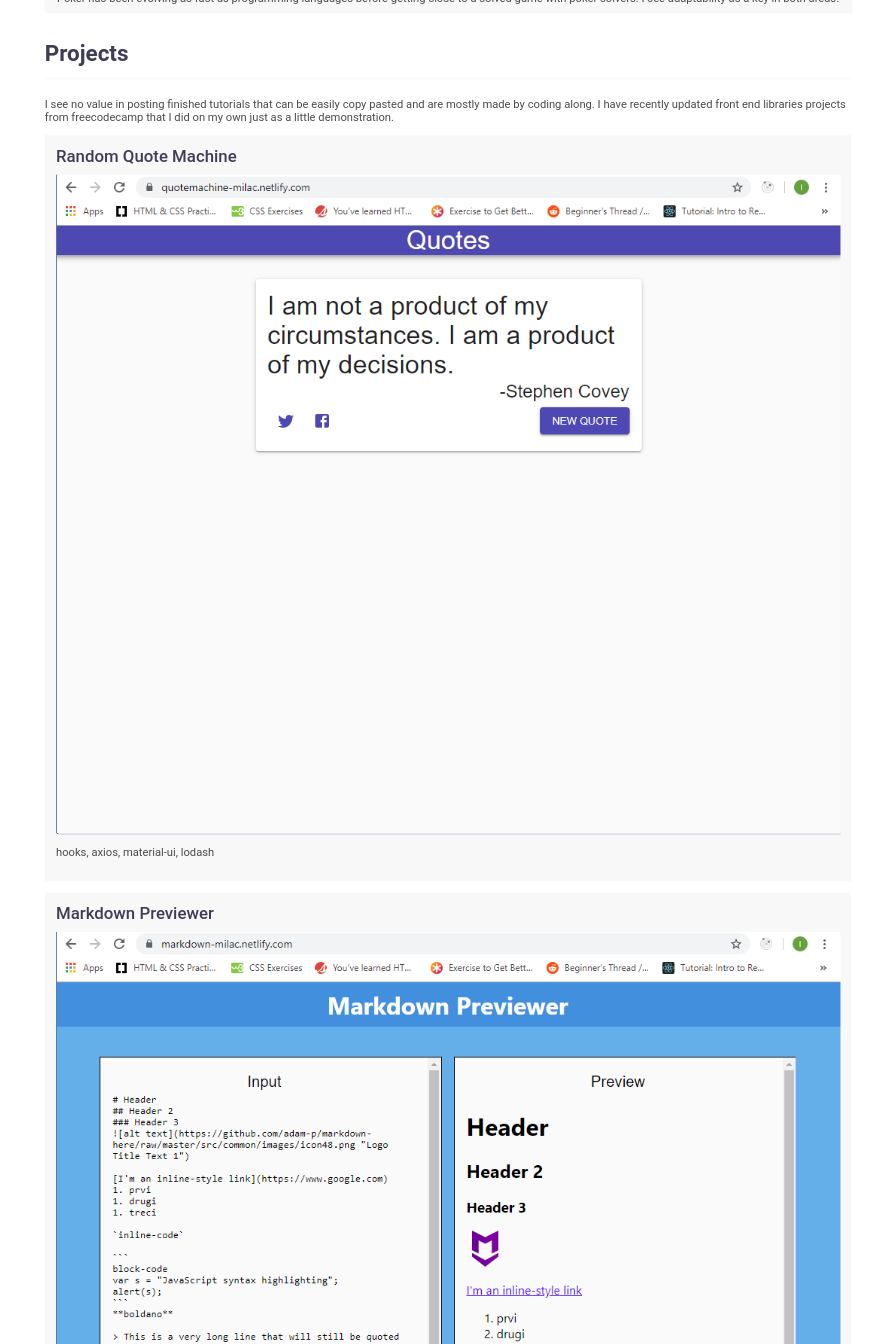
Repository: milac0/my-website
Page: /
These files come from the project's save history. The page is drawn as it stood at one moment and after the next save; the edit follows.
The browser window is 1280 px wide. The pictures show the part of the page from y = 2333 to 4253 px (the page is 7321 px tall before and 4507 px after), at 70% of full size.
The project was rebuilt for these pictures with package versions that can differ from the ones it lists, and the page was loaded fresh each time. Also part of the build but not shown: src/components/formContact.module.css, src/components/FormContact.js, src/pages/contact.module.css, src/pages/Contact.js. Imported but missing from the stored project, and not drawn on this page: src/resume.pdf.

Above is the page before, as saved 2019-10-24 20:16:49.

### public/index.html
<!DOCTYPE html>
<html lang="en">
  <head>
    <meta charset="utf-8" />
    <link rel="icon" href="%PUBLIC_URL%/favicon.ico" />
    <meta name="viewport" content="width=device-width, initial-scale=1" />
    <meta name="theme-color" content="#000000" />
    <meta
      name="description"
      content="Web site created using create-react-app"
    />
    <!--
      manifest.json provides metadata used when your web app is installed on a
      user's mobile device or desktop. See https://developers.google.com/web/fundamentals/web-app-manifest/
    -->
    <link rel="manifest" href="%PUBLIC_URL%/manifest.json" />
    <!--
      Notice the use of %PUBLIC_URL% in the tags above.
      It will be replaced with the URL of the `public` folder during the build.
      Only files inside the `public` folder can be referenced from the HTML.

      Unlike "/favicon.ico" or "favicon.ico", "%PUBLIC_URL%/favicon.ico" will
      work correctly both with client-side routing and a non-root public URL.
      Learn how to configure a non-root public URL by running `npm run build`.
    -->
    <title>Mile Balenovic</title>
  </head>
  <body>
    <noscript>You need to enable JavaScript to run this app.</noscript>
    <div id="root"></div>
    <!--
      This HTML file is a template.
      If you open it directly in the browser, you will see an empty page.

      You can add webfonts, meta tags, or analytics to this file.
      The build step will place the bundled scripts into the <body> tag.

      To begin the development, run `npm start` or `yarn start`.
      To create a production bundle, use `npm run build` or `yarn build`.
    -->
  </body>
</html>

### src/index.css
html, body {
  height: 100%;
}

body {
  display: flex;
  flex-direction: column;
}

body {
  margin: 0;
  font-family: 'Roboto', sans-serif;
  -webkit-font-smoothing: antialiased;
  -moz-osx-font-smoothing: grayscale;
}

/*****
  Navbar & Hero
*****/

header,
.hero {
  background:#3F3D56;
  border-bottom: 0.1px solid #ffffff;
  text-align: center;
}

.hero {
  margin-bottom: 2em;
}

.container {
  width: 90%;
  max-width: 1200px;
  margin: 0 auto;
}

nav li {
  list-style: none;
  display: flex;
  justify-content: space-evenly;
  align-items: center;
}

.nav-item:hover {
  filter: invert(0.1);
}
nav ul {
  padding: 0;
}

.hero {
  margin-bottom: 2.5em;
}

.hero-profile {
  padding: 3em 0;
}

.hero-profile img {
  margin-bottom: 0.5em;
}

.hero-profile-title,
.hero-profile-subtitle {
  color: #ffffff;
}

.hero-profile h1 {
  margin: 0;
  font-size: 2rem;
}

.hero-profile p {
  font-size: 1rem;
  margin: 0;
  margin-top: -0.25rem;
  margin-bottom: 1.5em;
}

.hero-profile-subtitle strong {
  font-weight: 700;
  color: #61dafb;
}

.button-cta,
.button-home {
  background: #00AEA0;
  color: #1f2e3f;
  padding: 0.75em 2em;
  border: none;
  border-radius: 20px;
  font-size: 1rem;
  font-weight: 700;
  text-decoration: none;
}

.button-cta:hover,
.button-cta:focus {
  background: #00C1B1;
  color: #1f2e3f;
  cursor: pointer;
}

.button-home {
  background: #ffffff;
  border: 2px solid #1f2e3f;
  padding: 0.3em 1em;
}

.button-home:hover,
.button-home:focus {
  border: 2px solid #ffffff;
 filter: invert(0.1);
}


/*****
  Typography
*****/

h1 {
  color: #3F3D56;
}

h2 {
  color: #3F3D56;
  font-size: 1.5rem;
  font-weight: 500;
  margin: 0;
}

p,
ul {
  color: #4a4a4a;
}

.section-skill h2 {
  color: #1F2E3F;
  font-size: 1.25rem;
  font-weight: 400;
  margin: 0;
}

.section-body {
  font-size: 1rem;
  margin-bottom: 1em;
}

#section-cta .section-title,
#section-cta .section-body {
  color: #ffffff;

}

/*****
  Layout
*****/
section {
  margin-bottom: 2.5em;
}

.section-title {
  border-bottom: 2px solid #F8F8F9;
  font-size: 2rem;
  padding-bottom: 0.5em;
}

.article-education,
.section-skill {
  box-shadow: 2px 2px #F8F8F9;
  border: 2px solid #F8F8F9;
  margin-bottom: 1em;
  padding: 0.5em;
}

.article-education li{
  margin-bottom: 0.5em;
}

.section-skill {
  background: #F8F8F9;
  text-align: center;
}

.section-skill p {
  margin: 0;
}

.section-skill-image {
  display: block;
  margin: 0 auto 1em auto;
  height: 240px;

  width: 100%;
}

article {
  background: #F8F8F9;
  padding: 1em;
  margin-bottom: 1em;
}

article h2 {
  margin-bottom: 0.5em;
}

.project-image {
  display: block;
  width: 100%;
  cursor: pointer;
  border-left: 1px solid #19427A;
  border-bottom: 1px solid #19427A;
  border-radius: 0 0 0 5px;
}

.project-image:hover {
  filter: invert(0.1);
}


#section-cta {
  padding-bottom: 5em;
  background: #3F3D56;
}

#section-cta{
  text-align: center;
  padding: 0.5em;
}

#section-cta .button-cta {
  margin: 1em 0 2em 0;
}

footer {
  background: #F8F8F9;
  padding: 3em 0;
  width: 100%;
  text-align: center;
  flex-shrink: 0;
}

.invalid-feedback {
  color: #D8000C;
  font-size: 0.75rem;
  font-family: 'Roboto', sans-serif;
}

@media (min-width: 560px) {

}

### src/App.js
import React from 'react';
import {
  BrowserRouter as Router,
  Switch,
  Route,
} from "react-router-dom";
import Home from './pages/Home'
import Contact from './pages/Contact';

function App() {
  return (
      <Router>
        <Switch>
        <Route path ="/" exact component={Home} />
        <Route path ="/contact" component={Contact} />
        </Switch>
      </Router>

  );
}

export default App;

### src/pages/Home.js
import React, { Fragment } from "react";
import Navbar from "../components/Navbar";
import Hero from "../components/Hero";
import AboutMe from "../components/AboutMe";
import Education from "../components/Education";
import Experience from "../components/Experience";
import Projects from "../components/Projects";
import SectionCTA from "../components/SectionCTA";
import Footer from "../components/Footer";

const Home = () => {
  return (
    <Fragment>
      <Navbar />
      <Hero />
      <main>
        <div className="container">
          <AboutMe />
          <Education />
          <Experience />
          <Projects />
          <SectionCTA />
        </div>
      </main>
      <Footer />
    </Fragment>
  );
};

export default Home;

### src/components/Navbar.js
import React from "react";
import { Link } from "react-router-dom";

import resumeIcon from "../images/resume.png";
import linkedinIcon from "../images/linkedin.png";
import githubIcon from "../images/github.png";
import homeIcon from "../images/home.png";
import resumePdf from "../resume.pdf";

//mui
import Tooltip from "@material-ui/core/Tooltip";

const Navbar = () => {
  return (
    <header>
      <div className="container">
        <nav>
          <li>
            <ul>
              <Tooltip title="Home">
                <Link to="/">
                  <img className="nav-item" src={homeIcon} alt="home" />
                </Link>
              </Tooltip>
            </ul>
            <ul>
              <Tooltip title="Resume">
                <a href={resumePdf} download target="_self">
                  <img className="nav-item" src={resumeIcon} alt="resume" />
                </a>
              </Tooltip>
            </ul>
            <ul>
              <Tooltip title="Linkedin">
                <a
                  href="https://www.linkedin.com/in/mile-balenovi%C4%87-a4ab9188/"
                  target="_blank"
                  rel="noopener noreferrer"
                >
                  <img className="nav-item" src={linkedinIcon} alt="linkedin" />
                </a>
              </Tooltip>
            </ul>
            <ul>
              <Tooltip title="Github">
                <a
                  href="https://github.com/milac0"
                  target="_blank"
                  rel="noopener noreferrer"
                >
                  <img className="nav-item" src={githubIcon} alt="github" />
                </a>
              </Tooltip>
            </ul>
          </li>
        </nav>
      </div>
    </header>
  );
};

export default Navbar;

### src/components/Hero.js
import React from "react";
import { Link } from "react-router-dom";
import LazyLoad from "react-lazyload";
import profileImg from "../images/profile.png";

const Hero = () => {
  return (
    <div className="hero">
      <div className="container">
        <div className="hero-profile">
          <img src={profileImg} className="hero-profile-image" alt="profile" />
          <h1 className="hero-profile-title">Mile Balenovic</h1>
          <p className="hero-profile-subtitle">
            Switching career to <strong>React</strong> development
          </p>
          <Link to="/contact">
            <button className="button-cta">Contact Me!</button>
          </Link>
        </div>
      </div>
    </div>
  );
};

export default Hero;

### src/components/AboutMe.js
import React from "react";

const AboutMe = () => {
  return (
    <section>
      <h1 className="section-title">About Me</h1>
      <p className="section-body">
        <strong>
          Master of Science in Information and communication technology.
        </strong>{" "}
        Constant learning and skill growth is what motivates me, while
        problem-solving and overcoming obstacles excites me. Completely involved
        in JavaScript upon ending online poker career in March 2019.
      </p>
    </section>
  );
};

export default AboutMe;

### src/components/Education.js
import React from "react";

const Education = () => {
  return (
    <section>
      <h1 className="section-title">Education</h1>
      <article className="article-education">
        <h2>Informal education</h2>
        <p>
          Internet is full of programming materials. Sites listed down below
          helped me learn a lot about
          <strong> HTML</strong>, <strong>CSS</strong>,{" "}
          <strong>JavaScript</strong>,<strong> React</strong> and a little bit
          about other technologies from the ground up.
        </p>
        <ul>
          <li>freeCodeCamp.org</li>
          <li>Udemy courses from Andrew Mead and Maximilian Schwarzmüller</li>
          <li>
            Youtube tutorials from channels: classNameed, The Net Ninja, Travery
            Media{" "}
          </li>
          <li>MDN</li>
          <li>W3Schools</li>
          <li>stackoverflow</li>
        </ul>
      </article>
      <article className="article-education">
        <h2>Formal Education</h2>
        <ul>
          <li>
            <strong>
              University of Zagreb, Faculty of Electrical Engineering and
              Computing
            </strong>
            , Master of Science in Information and communication technology -
            Oct 2011 - Sep 2014
          </li>
          <li>
            <strong>
              University of Zagreb, Faculty of Electrical Engineering and
              Computing
            </strong>
            , Bachelor of Science in Computing - Oct 2008 - Jun 2011
          </li>
          <li>
            <strong>Technical School of Ruđer Bošković</strong> - Sep 2004 - May
            2008
          </li>
        </ul>
      </article>
    </section>
  );
};

export default Education;

### src/components/Experience.js
import React from "react";
import LazyLoad from "react-lazyload";
import analyticalImg from "../images/analytical.svg";
import patternImg from "../images/pattern.svg";
import adaptiveImg from "../images/adaptive.svg";

const Experience = () => {
  return (
    <section>
      <h1 className="section-title">Experience</h1>
      <p className="section-body">
        I have a work experience of a self-employed online poker player. You may
        be asking what does it mean to you as a potential employer. Online poker
        made me develop skills that are translatable into programming:
      </p>
      <div className="section-skill">
        <LazyLoad height={200}>
          <img
            className="section-skill-image"
            src={analyticalImg}
            alt="analytical"
          />
        </LazyLoad>
        <h2>Analytical and systematic approach</h2>
        <p>
          There is not a lot difference between finding out where error happened
          and narrowing down opponents card range.
        </p>
      </div>
      <div className="section-skill">
        <LazyLoad height={200}>
          <img className="section-skill-image" src={patternImg} alt="pattern" />
        </LazyLoad>
        <h2>Great pattern recognition</h2>
        <p>
          Everyone has a thinking pattern and it's very expressed in poker. Made
          me understand Redux and prop drilling quite easy.
        </p>
      </div>
      <div className="section-skill">
        <LazyLoad height={200}>
          <img className="section-skill-image" src={adaptiveImg} alt="" />
        </LazyLoad>
        <h2>Adaptable</h2>
        <p>
          Poker has been evolving as fast as programming languages before
          getting close to a solved game with poker solvers. I see adaptability
          as a key in both areas.
        </p>
      </div>
    </section>
  );
};

export default Experience;

### src/components/Projects.js
import React from "react";
import LazyLoad from "react-lazyload";

import quoteImg from "../images/quote.PNG";
import markdownImg from "../images/markdown.PNG";
import pomodoroImg from "../images/pomodoro.PNG";
import drumImg from "../images/drum.PNG";

const Projects = () => {
  return (
    <section>
      <h1 className="section-title">Projects</h1>
      <p className="section-body">
        I see no value in posting finished tutorials that can be easily copy
        pasted and are mostly made by coding along. I have recently updated
        front end libraries projects from freecodecamp that I did on my own just
        as a little demonstration.
      </p>
      <article>
        <h2>Random Quote Machine</h2>
        <a
          href="https://quotemachine-milac.netlify.com/"
          target="_blank"
          rel="noopener noreferrer"
        >
          <LazyLoad>
            <img className="project-image" src={quoteImg} alt="quote-machine" />
          </LazyLoad>
        </a>
        <p>hooks, axios, material-ui, lodash</p>
      </article>
      <article>
        <h2>Markdown Previewer</h2>
        <a
          href="https://markdown-milac.netlify.com/"
          target="_blank"
          rel="noopener noreferrer"
        >
          <LazyLoad>
            <img
              className="project-image"
              src={markdownImg}
              alt="markdown-previewer"
            />
          </LazyLoad>
        </a>
        <p>nothing</p>
      </article>
      <article>
        <h2>Drum Machine</h2>
        <a
          href="https://drummachine-milac.netlify.com/"
          target="_blank"
          rel="noopener noreferrer"
        >
          <LazyLoad>
            <img className="project-image" src={drumImg} alt="drum-machine" />
          </LazyLoad>
        </a>
        <p>hooks, axios, material-ui</p>
      </article>
      <article>
        <h2>Pomodoro Clock</h2>
        <a
          href="https://pomodoro-clo.netlify.com/"
          target="_blank"
          rel="noopener noreferrer"
        >
          <LazyLoad>
            <img
              className="project-image"
              src={pomodoroImg}
              alt="pomodoro clock"
            />
          </LazyLoad>
        </a>
        <p>hooks, axios, material-ui</p>
      </article>
    </section>
  );
};

export default Projects;

### src/components/SectionCTA.js
import React from "react";
import { Link } from "react-router-dom";

const SectionCTA = () => {
  return (
    <section id="section-cta">
      <h1 className="section-title">Do you like what you've read?</h1>
      <p className="section-body">
        I have plenty more to learn and with the guidance of yours more experienced
        employees I'm sure I can contribute to your company in no time.
      </p>
      <Link to="/contact">
        <button className="button-cta">Contact Me!</button>
      </Link>
    </section>
  );
};

export default SectionCTA;

### src/components/Footer.js
import React from "react";

const Footer = () => {
  return (
    <footer>
      <p> Copyright 2019</p>
    </footer>
  );
};

export default Footer;

Loaded but not shown: src/index.js (common file)

After the next save:
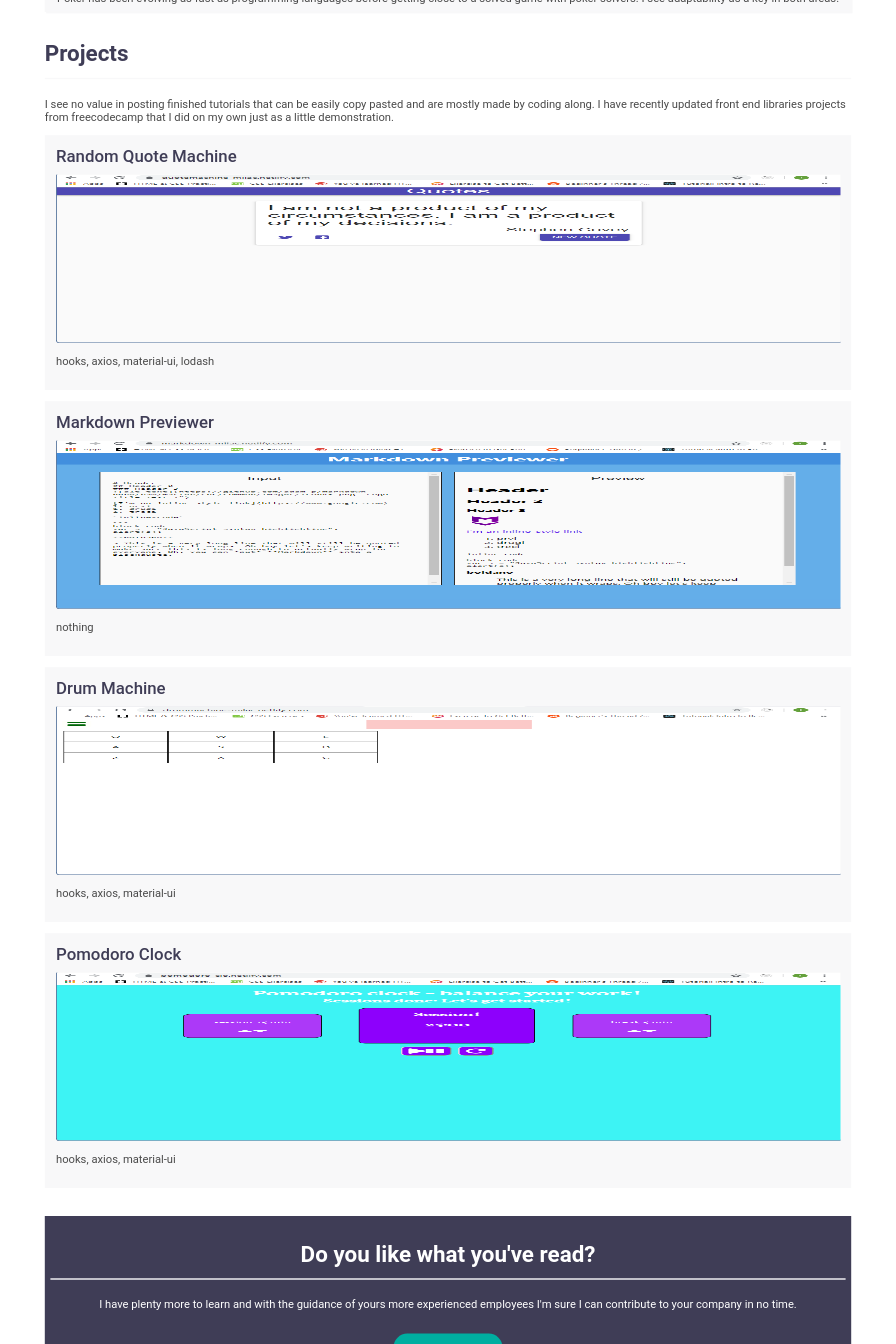
Saved 3 min 39 s later.
--- a/src/index.css
+++ b/src/index.css
@@ -207,6 +207,7 @@
 
 .project-image {
   display: block;
+  height: 240px;
   width: 100%;
   cursor: pointer;
   border-left: 1px solid #19427A;
@@ -247,6 +248,6 @@
   font-family: 'Roboto', sans-serif;
 }
 
-@media (min-width: 560px) {
-
-}
+@media (min-width: 752px) {
+
+}

After the 2 saves that followed:
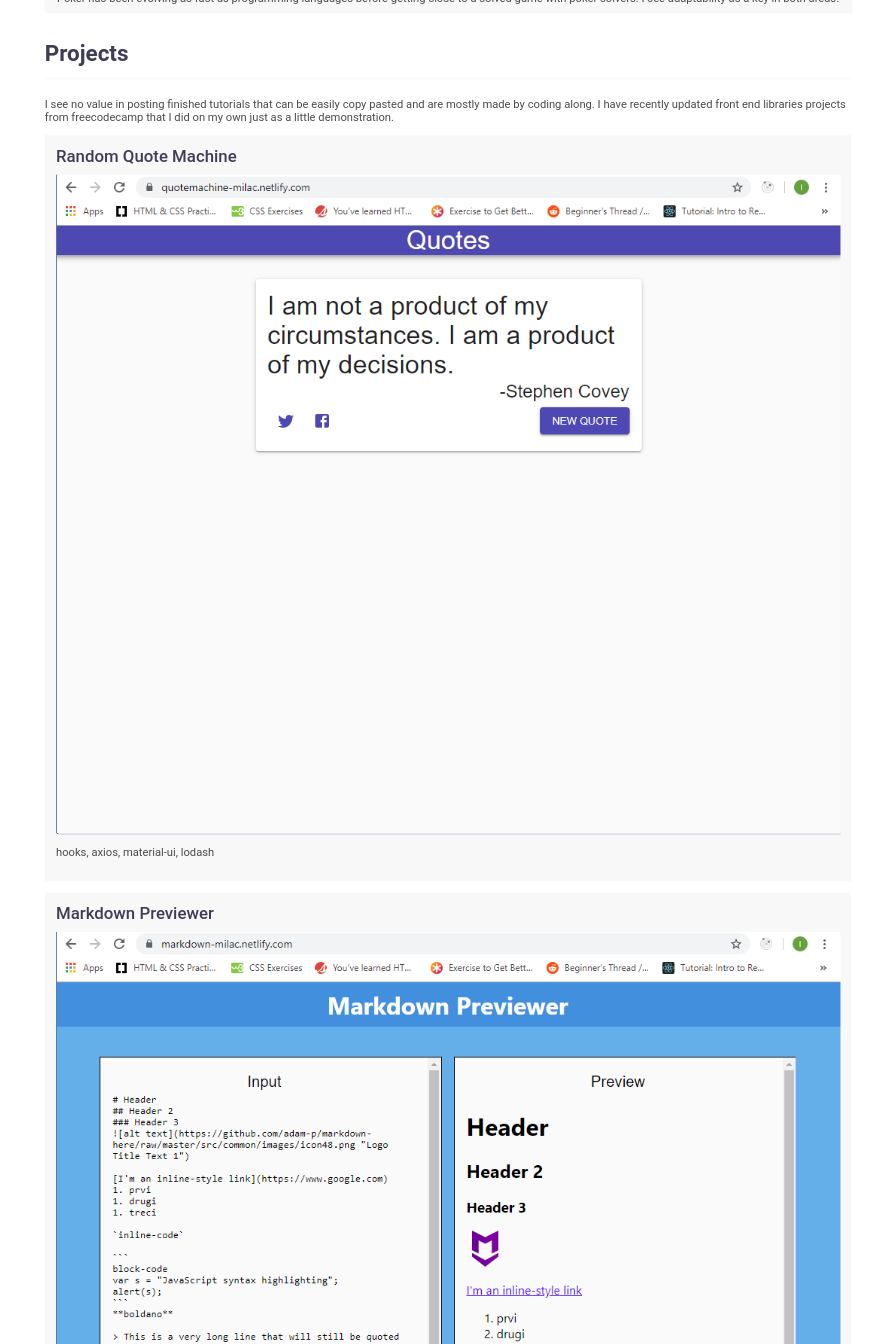
The 2 saves are shown as one change because 1 left the picture as it was.
The last was saved 45 s later.
--- a/src/index.css
+++ b/src/index.css
@@ -191,7 +191,6 @@
   display: block;
   margin: 0 auto 1em auto;
   height: 240px;
-
   width: 100%;
 }
 
@@ -207,7 +206,7 @@
 
 .project-image {
   display: block;
-  height: 240px;
+
   width: 100%;
   cursor: pointer;
   border-left: 1px solid #19427A;
